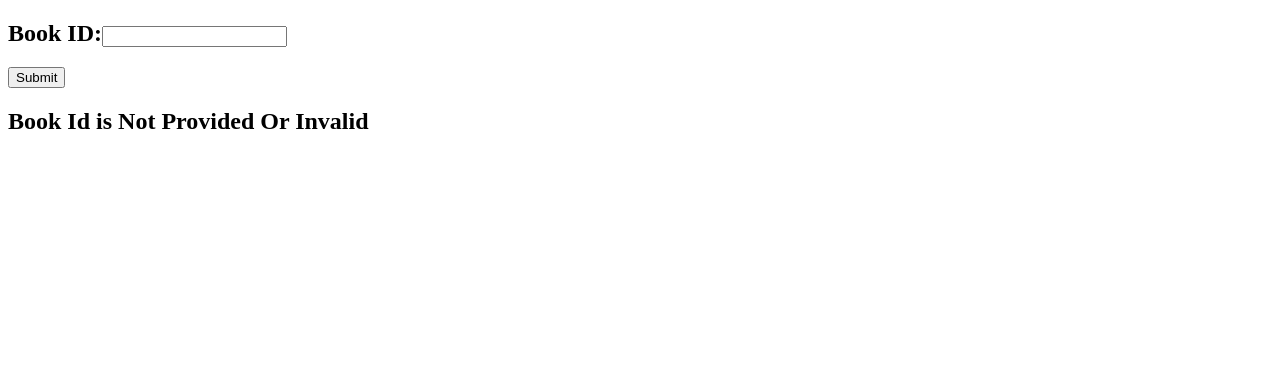
Repository: Mali-Sagar-A/Advance_Web_Java
Page: http://localhost/LibararyCURD/updateBook.jsp
An editor plug-in stored every save of this project. The page is shown before and after the next save, followed by the edit.
The browser window is 1280 px wide. The pictures show the whole page.
The page is served by Tomcat 9.

Above is the page before, as saved 2025-05-22 12:06:39.

After the next save:
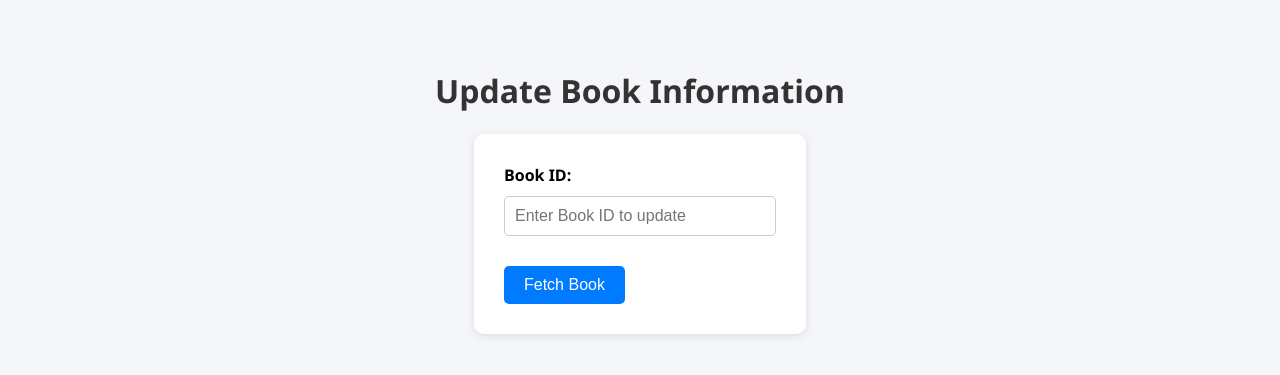
Saved 42 s later.
--- a/LibararyCURD/src/main/webapp/updateBook.jsp
+++ b/LibararyCURD/src/main/webapp/updateBook.jsp
@@ -4,45 +4,117 @@
 <html>
 <head>
 <meta charset="UTF-8">
-<title>Insert title here</title>
+<title>Update Book</title>
+<style>
+    body {
+        font-family: 'Segoe UI', Tahoma, Geneva, Verdana, sans-serif;
+        background-color: #f4f6f9;
+        padding: 40px;
+        text-align: center;
+    }
+
+    h1, h2 {
+        color: #333;
+    }
+
+    input[type="text"] {
+        padding: 10px;
+        width: 250px;
+        border: 1px solid #ccc;
+        border-radius: 5px;
+        margin: 10px 0;
+        font-size: 16px;
+    }
+
+    input[type="submit"] {
+        padding: 10px 20px;
+        background-color: #007bff;
+        color: white;
+        border: none;
+        border-radius: 5px;
+        font-size: 16px;
+        cursor: pointer;
+        margin-top: 20px;
+    }
+
+    input[type="submit"]:hover {
+        background-color: #0056b3;
+    }
+
+    form {
+        margin-bottom: 30px;
+        display: inline-block;
+        background-color: #ffffff;
+        padding: 30px;
+        border-radius: 10px;
+        box-shadow: 0 2px 8px rgba(0,0,0,0.1);
+        text-align: left;
+    }
+
+    .message {
+        margin-top: 20px;
+        color: red;
+        font-size: 18px;
+    }
+</style>
 </head>
 <body>
+
+<h1>Update Book Information</h1>
+
 <form action="updateBook.jsp">
-<h2>Book ID:<input type="text" name="txtid"></h2>
-<input type="submit" value="Submit">
+    <label for="txtid"><strong>Book ID:</strong></label><br>
+    <input type="text" name="txtid" id="txtid" placeholder="Enter Book ID to update"><br>
+    <input type="submit" value="Fetch Book">
+</form>
+
+<%
+    String bid = request.getParameter("txtid");
+
+    if (bid != null && !bid.trim().isEmpty()) {
+        try {
+            int id = Integer.parseInt(bid);
+            BookDAO bd = new BookDAO();
+            Book b = bd.getBook(id);
+
+            if (b != null) {
+%>
+<form action="addUpdate.jsp">
+    <h2>Book Details:</h2>
+    <label>Book ID:</label><br>
+    <input type="text" name="id" value="<%= b.getId() %>" readonly><br>
+
+    <label>Title:</label><br>
+    <input type="text" name="titel" value="<%= b.getTitel() %>"><br>
+
+    <label>Author:</label><br>
+    <input type="text" name="aurthor" value="<%= b.getAurthor() %>"><br>
+
+    <label>Publisher:</label><br>
+    <input type="text" name="publisher" value="<%= b.getPublisher() %>"><br>
+
+    <label>Price:</label><br>
+    <input type="text" name="price" value="<%= b.getPrice() %>"><br>
+
+    <input type="submit" value="Update Book">
 </form>
 <%
-	String bid= request.getParameter("txtid");
-
-	if( bid!=null && !bid.trim().isEmpty())
-	{
-		int id= Integer.parseInt(bid);
-		BookDAO bd = new BookDAO();
-        Book b = bd.getBook(id);
-
+            } else {
 %>
-<form action="addUpdate.jsp">
-<h1>Book Details:</h1>
-<br><br>
-<h2>Book-Id:<input type="text" name="id" value="<%=b.getId() %>"></h2>
-<h2>Book Titel:<input type="text" name="titel" value="<%=b.getTitel() %>"></h2>
-<h2>Book Aurthor:<input type="text" name="aurthor" value="<%=b.getAurthor() %>"></h2>
-<h2>Book Publisher:<input type="text" name="publisher" value="<%=b.getPublisher() %>"></h2>
-<h2>Book Price:<input type="text" name="price" value="<%=b.getPrice() %>"></h2>
-<input type="submit" name="Submit" value="Submit" class="btn btn-login mt-3">
-</form>
-
-
+<div class="message">No book found with the given ID.</div>
 <%
-	}
-	else
-	{
+            }
+        } catch (NumberFormatException e) {
 %>
-<h2>Book Id is Not Provided Or Invalid</h2>
+<div class="message">Invalid Book ID format. Please enter a valid number.</div>
 <%
-	}
+        }
+    } else if (bid != null) {
 %>
-
+<div class="message">Book ID is required.</div>
+<%
+    }
+%>
 
 </body>
 </html>
